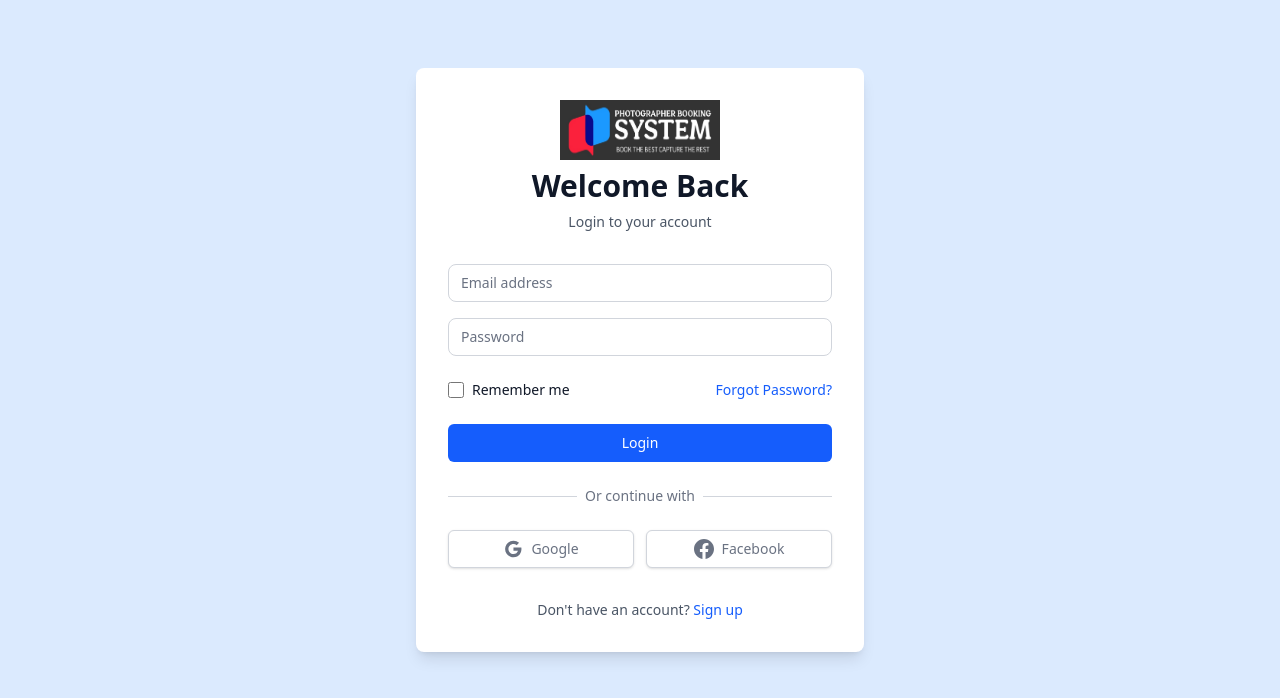
Repository: iamsirajacharya/FYP_Photographer_Booking_system
Page: /login (app in FrontEnd/)
These files come from the project's save history. The page is drawn as it stood at one moment and after the next save; the edit follows.
The browser window is 1280 px wide. The pictures show the whole page.
The project was rebuilt for these pictures with package versions that can differ from the ones it lists, and the page was loaded fresh each time. Also part of the build but not shown: FrontEnd/src/components/Authentication/Register.jsx, FrontEnd/src/components/Dashboard/Banner.jsx, FrontEnd/src/components/Dashboard/Navbar.jsx, FrontEnd/src/components/Dashboard/Home.jsx.

Above is the page before, as saved 2025-02-22 23:21:31.

After the next save:
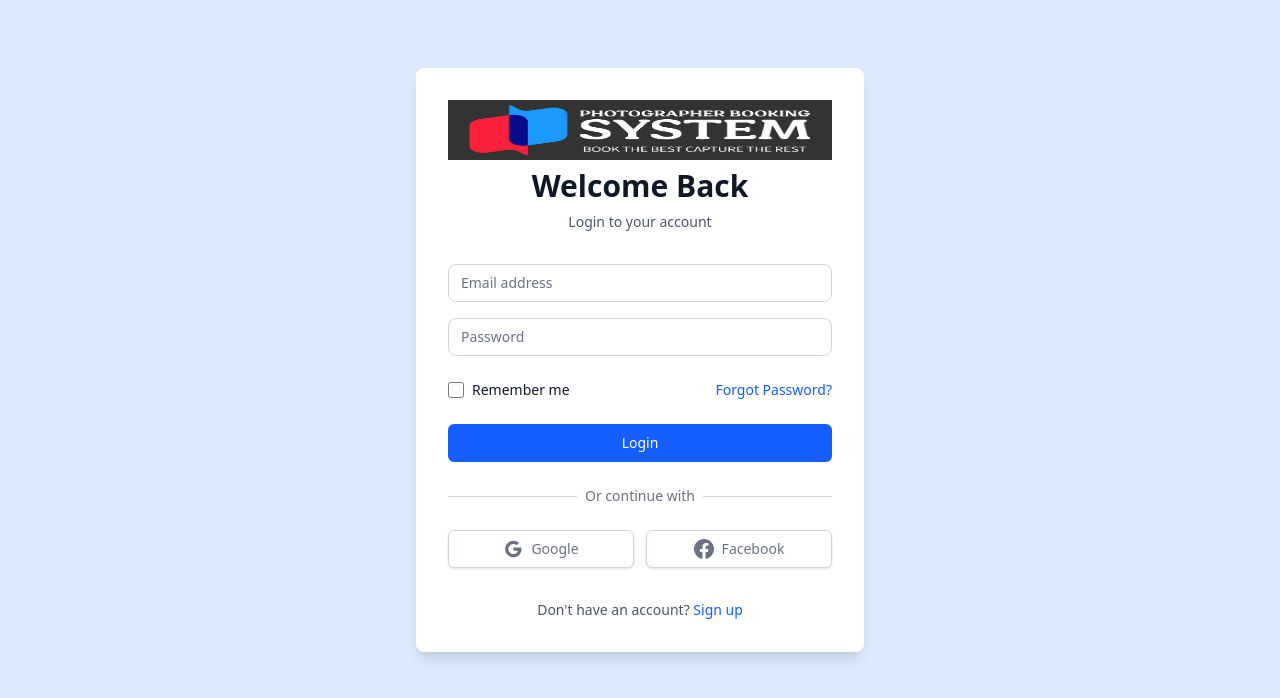
Saved 13 s later.
--- a/FrontEnd/src/components/Authentication/Login.jsx
+++ b/FrontEnd/src/components/Authentication/Login.jsx
@@ -81,7 +81,7 @@ const Login = () => {
     <div className="min-h-screen flex items-center justify-center bg-blue-100 py-12 px-4 sm:px-6 lg:px-8">
       <div className="max-w-md w-full space-y-8 bg-white p-8 rounded-lg shadow-lg">
         <div className="flex flex-col items-center text-center">
-          <img className="h-15 w-40 mb-2" src={logo} alt="logo" />
+          <img className="h-15 w-700 mb-2" src={logo} alt="logo" />
           <h2 className="text-3xl font-bold text-gray-900">Welcome Back</h2>
           <p className="mt-2 text-sm text-gray-600">Login to your account</p>
         </div>
